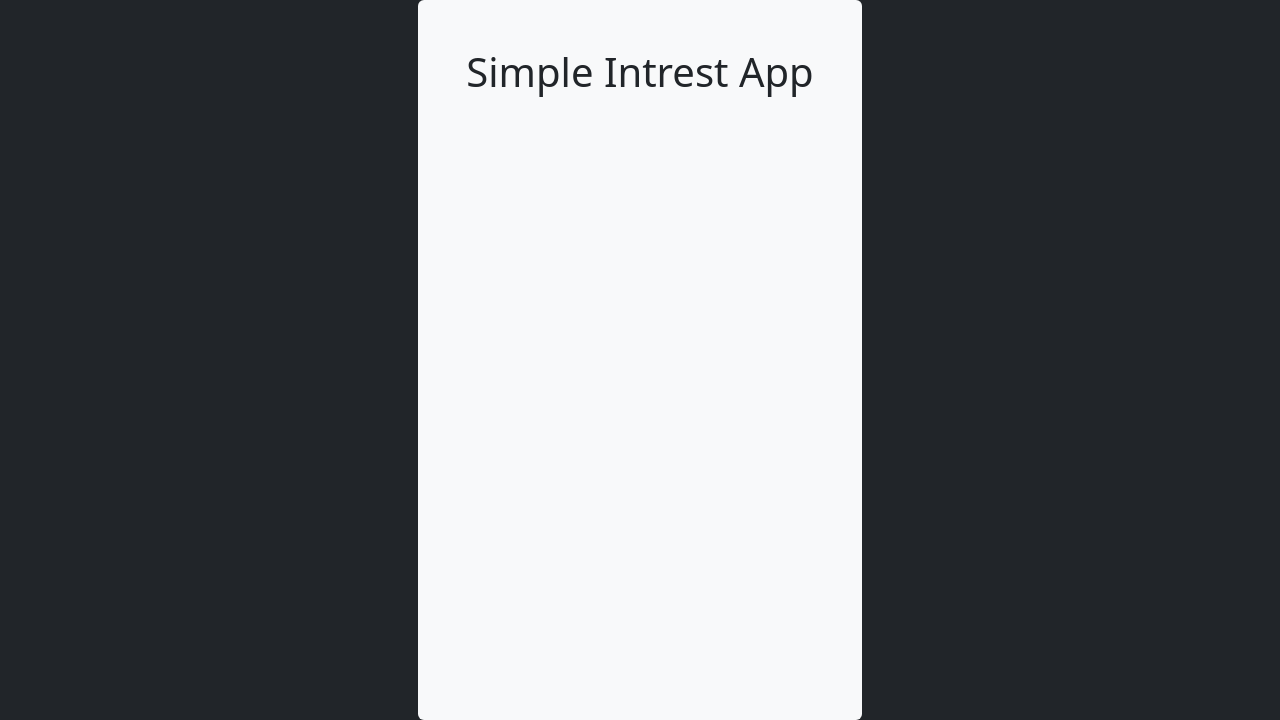
Repository: Afraz13/simple-intrest
Page: /
An editor plug-in stored every save of this project. The page is shown before and after the next save, followed by the edit.
The browser window is 1280 px wide. The pictures show the whole page.
The project was rebuilt for these pictures with package versions that can differ from the ones it lists, and the page was loaded fresh each time. Also part of the build but not shown: src/index.css, src/App.css.

Above is the page before, as saved 2024-07-15 20:22:04.

After the next save:
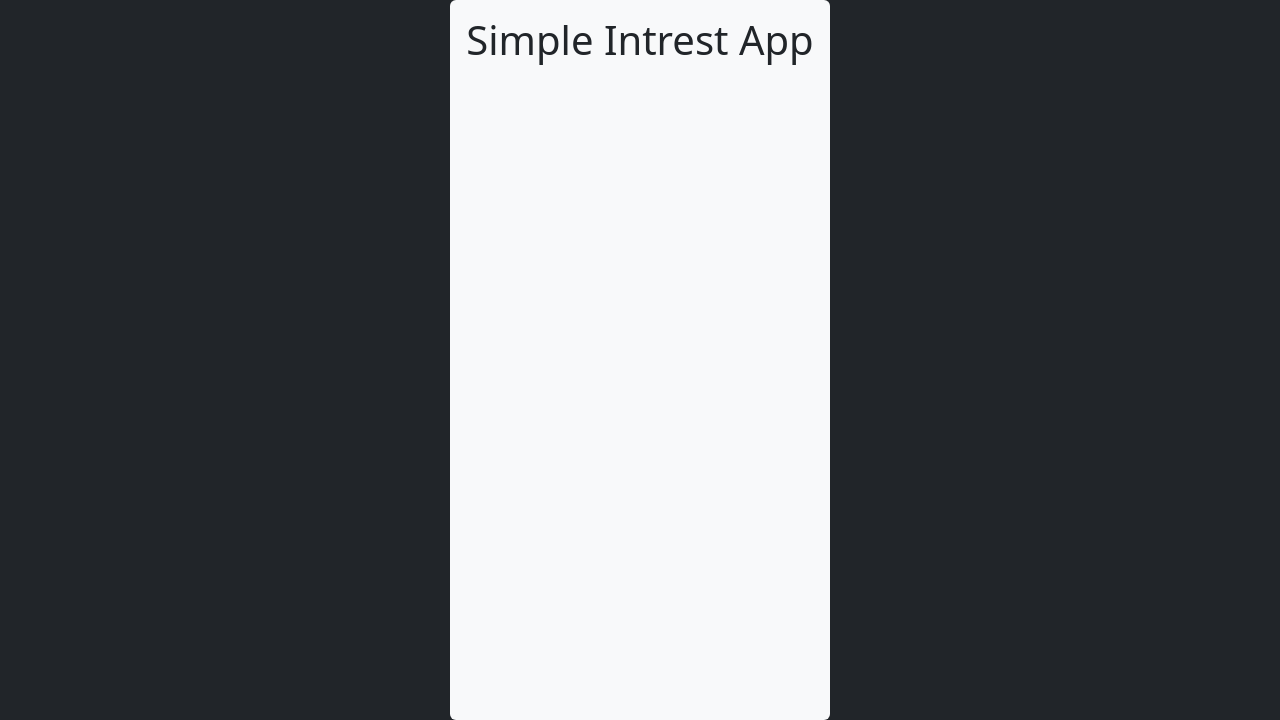
Saved 67 s later.
--- a/src/App.js
+++ b/src/App.js
@@ -4,7 +4,7 @@
 function App() {
   return (
     <div style={{height:'100vh'}} className='d-flex justify-content-center align-item-center w-100 bg-dark'>
-    <div className='bg-light p-5 rounded'>
+    <div className='bg-light p-3 rounded'>
     <h1>Simple Intrest App</h1>
     </div>
     </div>

After the save that followed:
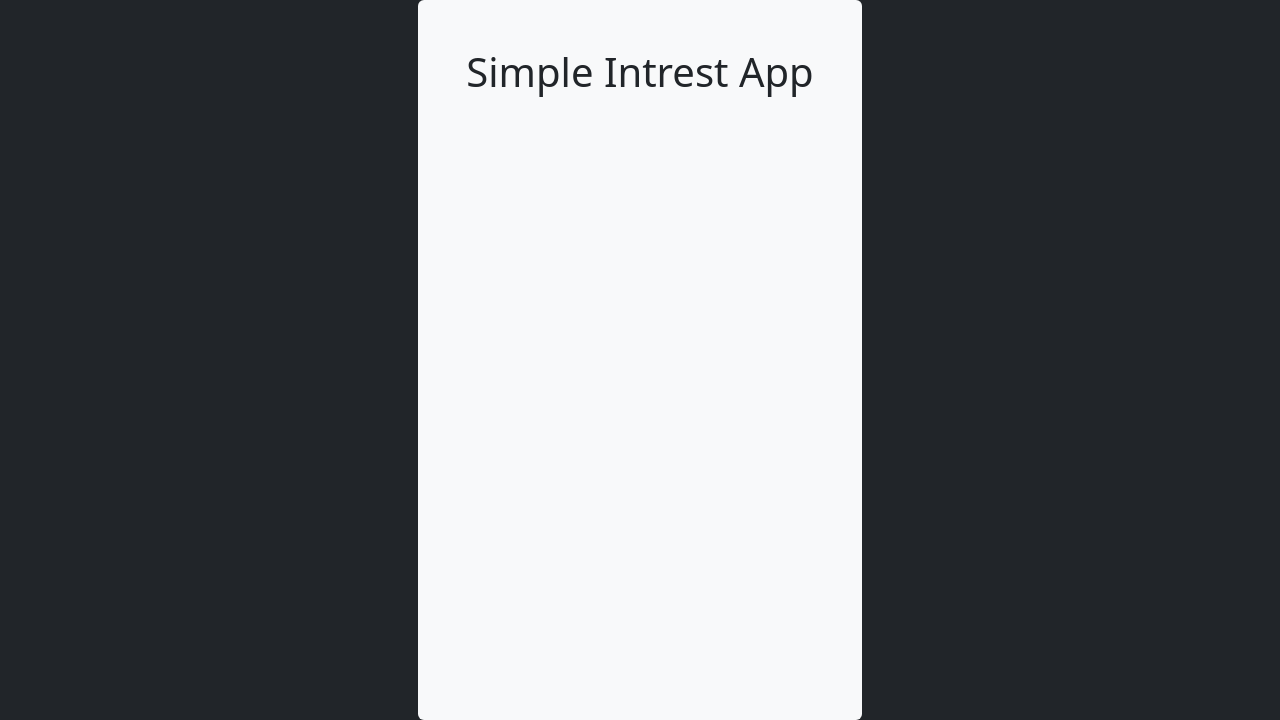
Saved 10 s later.
--- a/src/App.js
+++ b/src/App.js
@@ -4,7 +4,7 @@
 function App() {
   return (
     <div style={{height:'100vh'}} className='d-flex justify-content-center align-item-center w-100 bg-dark'>
-    <div className='bg-light p-3 rounded'>
+    <div className='bg-light p-5 rounded'>
     <h1>Simple Intrest App</h1>
     </div>
     </div>
